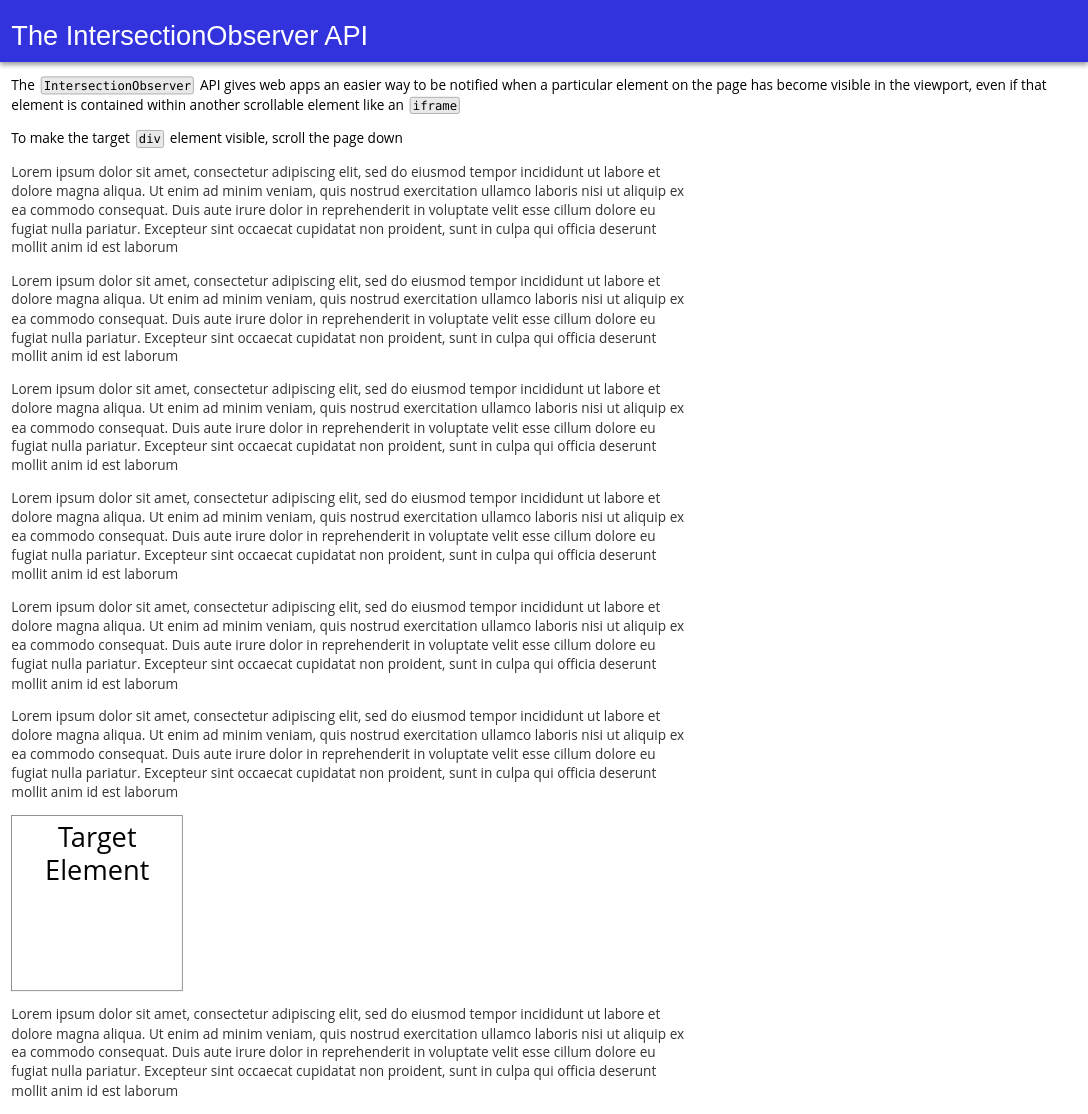
Repository: craig-o-curtis/browser-apis
Page: pages/intersection.html
These files come from the project's save history. The page is drawn as it stood at one moment and after the next save; the edit follows.
The browser window is 1280 px wide. The pictures show the whole page, at 85% of full size.

Above is the page before, as saved 2020-05-14 12:27:02.

### pages/intersection.html
<!doctype html>
<html>
    <head>
        <title>The IntersectionObserver API</title>
        <style type="text/css">
            p {
                line-height: 1.4em;
            }

            #targetElem {
                height: 200px;
                width: 200px;
                text-align: center;
                line-height: 1.2em;
                padding-top: 4pt;
                border: 1px gray solid;
                font-size: 24pt
            }

            .background0 {
                background-color: rgba(0, 0, 255, 0)
            }

            .background50 {
                background-color: rgba(0, 0, 255, 0.5)
            }

            .background100 {
                background-color: rgba(0, 0, 255, 1.0)
            }

            p[class="lorem"] {
                color: rgb(50, 50, 50);
                max-width: 800px;
            }
        </style>
        <link rel="stylesheet" href="./style.css" />
    </head>

    <body>
        <h1>The IntersectionObserver API</h1>
        <div id="content">
            <p>The <code>IntersectionObserver</code> API gives web apps an easier way to be notified when a particular
                element on the page has become visible in the viewport, even if that element is contained within
                another scrollable element like an <code>iframe</code></p>
            <p>To make the target <code>div</code> element visible, scroll the page down</p>
            <p class="lorem">Lorem ipsum dolor sit amet, consectetur adipiscing elit, sed do eiusmod tempor incididunt
                ut labore et
                dolore magna aliqua. Ut enim ad minim veniam, quis nostrud exercitation ullamco laboris nisi ut aliquip
                ex ea commodo consequat. Duis aute irure dolor in reprehenderit in voluptate velit esse cillum dolore
                eu fugiat nulla pariatur. Excepteur sint occaecat cupidatat non proident, sunt in culpa qui officia
                deserunt mollit anim id est laborum</p>
            <p class="lorem">Lorem ipsum dolor sit amet, consectetur adipiscing elit, sed do eiusmod tempor incididunt
                ut labore et
                dolore magna aliqua. Ut enim ad minim veniam, quis nostrud exercitation ullamco laboris nisi ut aliquip
                ex ea commodo consequat. Duis aute irure dolor in reprehenderit in voluptate velit esse cillum dolore
                eu fugiat nulla pariatur. Excepteur sint occaecat cupidatat non proident, sunt in culpa qui officia
                deserunt mollit anim id est laborum</p>
            <p class="lorem">Lorem ipsum dolor sit amet, consectetur adipiscing elit, sed do eiusmod tempor incididunt
                ut labore et
                dolore magna aliqua. Ut enim ad minim veniam, quis nostrud exercitation ullamco laboris nisi ut aliquip
                ex ea commodo consequat. Duis aute irure dolor in reprehenderit in voluptate velit esse cillum dolore
                eu fugiat nulla pariatur. Excepteur sint occaecat cupidatat non proident, sunt in culpa qui officia
                deserunt mollit anim id est laborum</p>
            <p class="lorem">Lorem ipsum dolor sit amet, consectetur adipiscing elit, sed do eiusmod tempor incididunt
                ut labore et
                dolore magna aliqua. Ut enim ad minim veniam, quis nostrud exercitation ullamco laboris nisi ut aliquip
                ex ea commodo consequat. Duis aute irure dolor in reprehenderit in voluptate velit esse cillum dolore
                eu fugiat nulla pariatur. Excepteur sint occaecat cupidatat non proident, sunt in culpa qui officia
                deserunt mollit anim id est laborum</p>
            <p class="lorem">Lorem ipsum dolor sit amet, consectetur adipiscing elit, sed do eiusmod tempor incididunt
                ut labore et
                dolore magna aliqua. Ut enim ad minim veniam, quis nostrud exercitation ullamco laboris nisi ut aliquip
                ex ea commodo consequat. Duis aute irure dolor in reprehenderit in voluptate velit esse cillum dolore
                eu fugiat nulla pariatur. Excepteur sint occaecat cupidatat non proident, sunt in culpa qui officia
                deserunt mollit anim id est laborum</p>
            <p class="lorem">Lorem ipsum dolor sit amet, consectetur adipiscing elit, sed do eiusmod tempor incididunt
                ut labore et
                dolore magna aliqua. Ut enim ad minim veniam, quis nostrud exercitation ullamco laboris nisi ut aliquip
                ex ea commodo consequat. Duis aute irure dolor in reprehenderit in voluptate velit esse cillum dolore
                eu fugiat nulla pariatur. Excepteur sint occaecat cupidatat non proident, sunt in culpa qui officia
                deserunt mollit anim id est laborum</p>

            <!-- This is the element we want to watch for visibility -->
            <div id="targetElem">Target Element</div>

            <p class="lorem">Lorem ipsum dolor sit amet, consectetur adipiscing elit, sed do eiusmod tempor incididunt
                ut labore et
                dolore magna aliqua. Ut enim ad minim veniam, quis nostrud exercitation ullamco laboris nisi ut aliquip
                ex ea commodo consequat. Duis aute irure dolor in reprehenderit in voluptate velit esse cillum dolore
                eu fugiat nulla pariatur. Excepteur sint occaecat cupidatat non proident, sunt in culpa qui officia
                deserunt mollit anim id est laborum</p>
        </div>
        <script>
            window.addEventListener("load", function () {
                // TODO: Create a new Observer
                // arg1 cb invoked when any observed elements enters or leaves the viewport
                // arg2 (optional) options
                const observer = new IntersectionObserver(function(entries) {
                    if (entries[0].intersection < 0.5) {
                        entries[0].target.className = 'background0';
                    }
                    if (entries[0].intersection >= 0.5) {
                        entries[0].target.className = 'background50';
                    }
                    if (entries[0].intersection >= 1.0) {
                        entries[0].target.className = 'background100';
                    }
                }, {
                    threshold: [0, 0.5, 1.0] // trigger when these percentages are visible
                });
                // TODO: Start observing the target element
                observer.observe(document.getElementById('targetElem'))
            })
        </script>
    </body>
</html>

### pages/style.css
/*
** Styles used in the jQuery Essential Training course materials
*/
body {
    font-family: "Open Sans", sans-serif;
    font-size: 12pt;
    margin: 0;
    line-height: 1.2em;
}

body > h1 {
    background-color: #33d;
    color: white;
    font-family: Arial, Helvetica, sans-serif;
    font-weight: 100;
    margin:0;
    padding-left: 10pt;
    padding-right: 10pt;
    padding-top:25pt;
    padding-bottom: 15pt;
    box-shadow: 0px 5px 5px 0px rgba(171,171,171,1);
}

#content {
    margin: 10pt;
}

#example {
    border: 1px solid gray;
    background-color: #b3c8d0;
    font-size:14pt;
    padding-left: 10pt;
    padding-right: 10pt;
    min-height: 200px;
}

.box {
    border: 1px solid gray;
    background-color: #b3c8d0;
    font-size:14pt;
    padding-left: 10pt;
    padding-right: 10pt;
    min-height: 200px;
    width: 300px;
}

.box p {
    margin: 0 1pt 0 2pt
}

.smallbox {
    border: 1px solid gray;
    background-color: #b3c8d0;
    font-size:14pt;
    padding-left: 10pt;
    padding-right: 10pt;
    margin-bottom: 10pt;
    margin-right: 0;
    margin-left: 0;
    min-height: 150px;
    width: 200px;
}

.inline {
    display: inline-block;
}

code {
    background-color: #e8e8e8;
    border: 1px solid #a8a8a8;
    border-radius: 3px;
    padding: 1pt 2pt;
    margin: 2pt;
    font-family: "source-code-pro", Consolas, monospace;
    font-size: .9em;
}

li {
    line-height: 1.3em;
}

button {
    font-size: 14pt;
    margin: 8px;
}

#eventDetails {
    border: 1px solid #aaa;
    margin-top: 8pt;
    padding: 2pt;
}

.lineitem {
    width: 120px;
    display: inline-block
}


canvas {
    border: 2px solid gray;
    margin-left: 5pt;
    margin-right: 5pt;
}

After the next save:
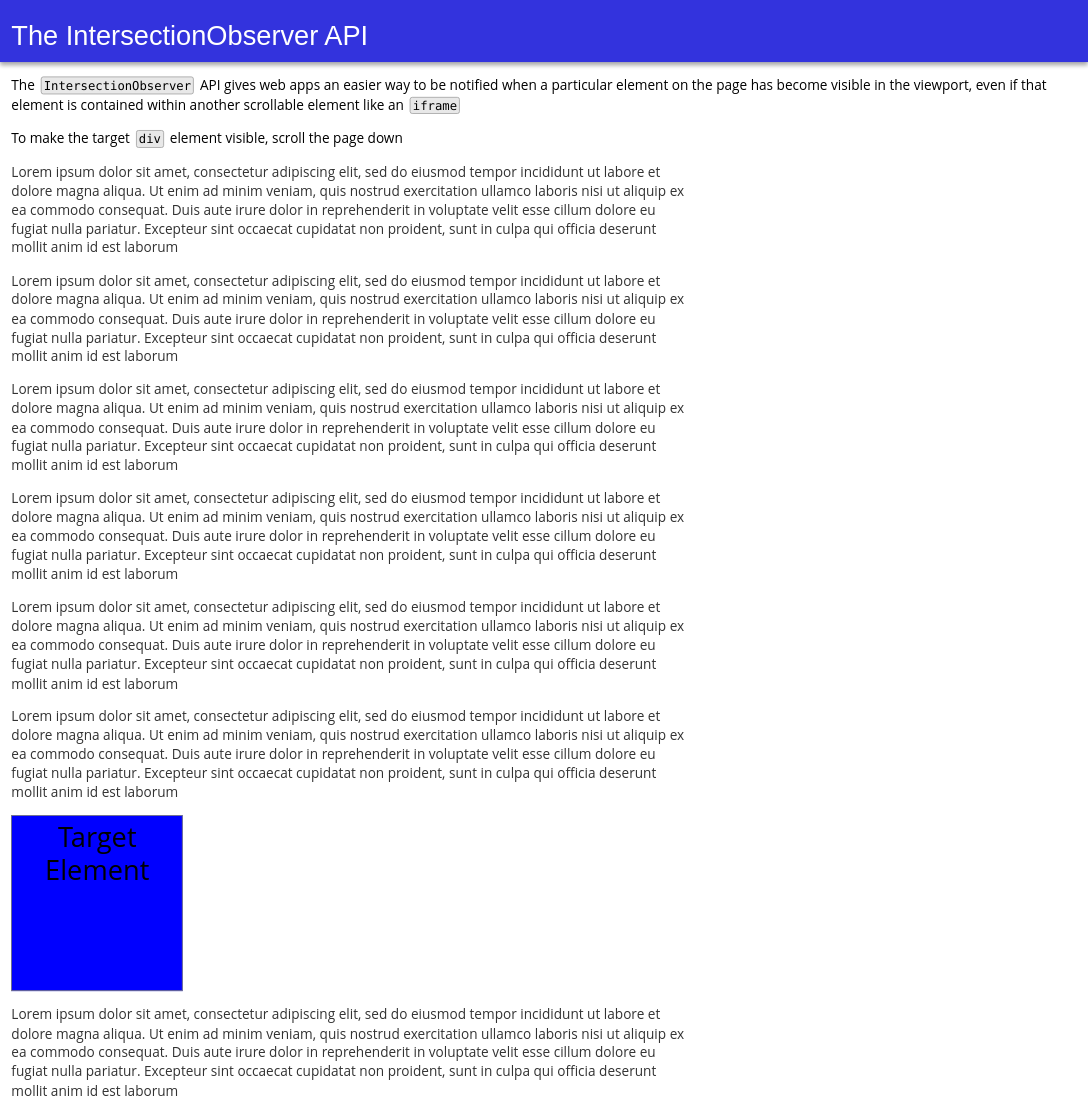
Saved 94 s later.
--- a/pages/intersection.html
+++ b/pages/intersection.html
@@ -92,25 +92,26 @@
                 deserunt mollit anim id est laborum</p>
         </div>
         <script>
-            window.addEventListener("load", function () {
-                // TODO: Create a new Observer
-                // arg1 cb invoked when any observed elements enters or leaves the viewport
-                // arg2 (optional) options
-                const observer = new IntersectionObserver(function(entries) {
-                    if (entries[0].intersection < 0.5) {
-                        entries[0].target.className = 'background0';
+                        window.addEventListener("load", function () {
+                // Create a new Observer
+                var observer = new IntersectionObserver(function (entries) {
+                    // log the callback data to the console output
+                    console.log(entries);
+                    if (entries[0].intersectionRatio < 0.5) {
+                        entries[0].target.className = "background0"
                     }
-                    if (entries[0].intersection >= 0.5) {
-                        entries[0].target.className = 'background50';
+                    if (entries[0].intersectionRatio >= 0.5 && entries[0].intersectionRatio < 1) {
+                        entries[0].target.className = "background50"
                     }
-                    if (entries[0].intersection >= 1.0) {
-                        entries[0].target.className = 'background100';
+                    if (entries[0].intersectionRatio >= 1) {
+                        entries[0].target.className = "background100"
                     }
-                }, {
-                    threshold: [0, 0.5, 1.0] // trigger when these percentages are visible
-                });
-                // TODO: Start observing the target element
-                observer.observe(document.getElementById('targetElem'))
+                },
+                    {
+                        "threshold": [0, 0.5, 1]
+                    });
+                // Start observing the target element
+                observer.observe(document.getElementById("targetElem"))
             })
         </script>
     </body>

After the save that followed:
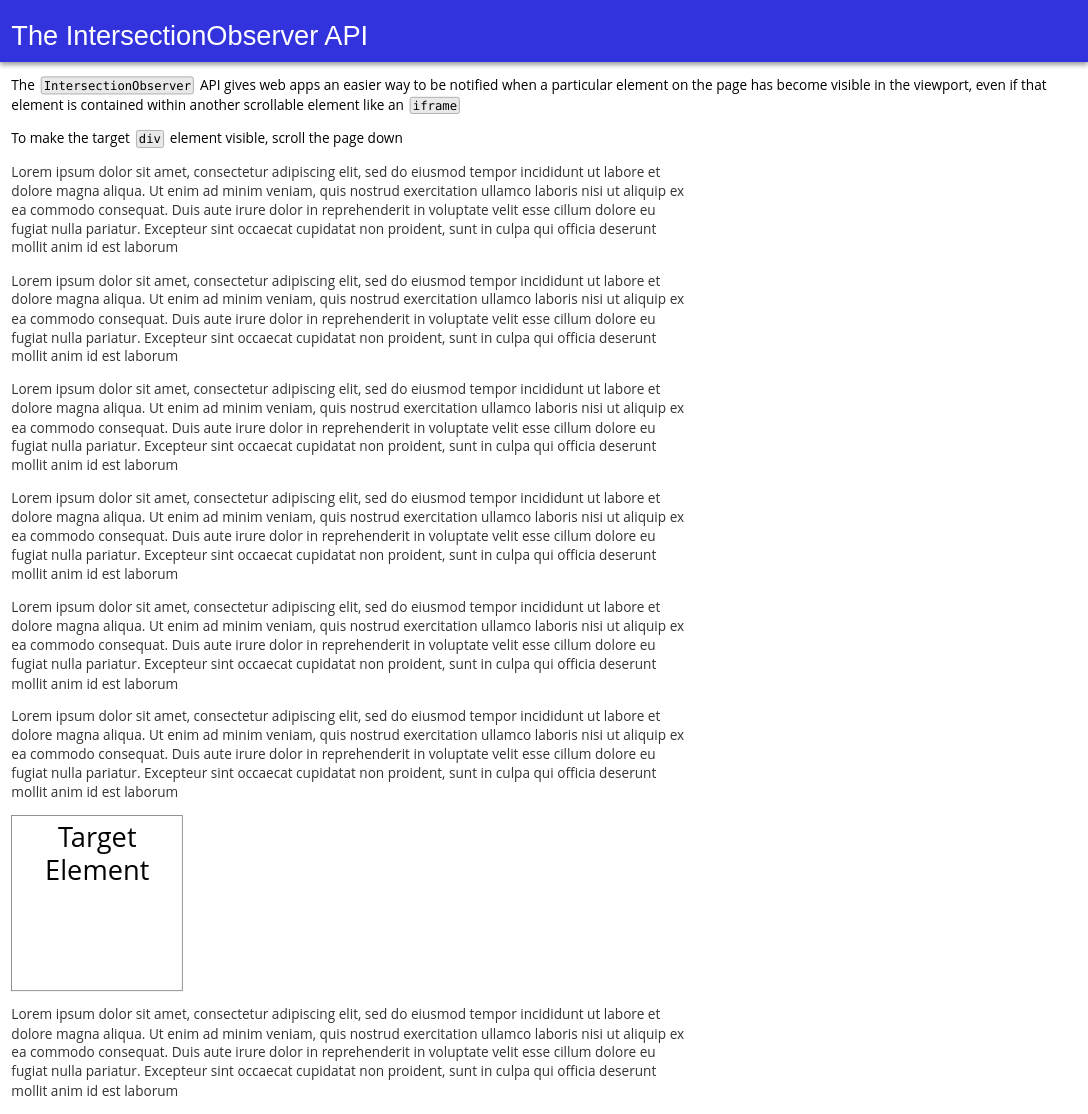
Saved 96 s later.
--- a/pages/intersection.html
+++ b/pages/intersection.html
@@ -92,27 +92,44 @@
                 deserunt mollit anim id est laborum</p>
         </div>
         <script>
-                        window.addEventListener("load", function () {
-                // Create a new Observer
-                var observer = new IntersectionObserver(function (entries) {
-                    // log the callback data to the console output
-                    console.log(entries);
-                    if (entries[0].intersectionRatio < 0.5) {
-                        entries[0].target.className = "background0"
+            window.addEventListener("load", function () {
+                // arg1 cb invoked when any observed elements enters or leaves the viewport
+                // arg2 (optional) options
+                var observer = new IntersectionObserver(function(entries) {
+                    if (entries[0].intersection < 0.5) {
+                        entries[0].target.className = 'background0';
                     }
-                    if (entries[0].intersectionRatio >= 0.5 && entries[0].intersectionRatio < 1) {
-                        entries[0].target.className = "background50"
+                    if (entries[0].intersection >= 0.5) {
+                        entries[0].target.className = 'background50';
                     }
-                    if (entries[0].intersectionRatio >= 1) {
-                        entries[0].target.className = "background100"
+                    if (entries[0].intersection >= 1.0) {
+                        entries[0].target.className = 'background100';
                     }
-                },
-                    {
-                        "threshold": [0, 0.5, 1]
-                    });
-                // Start observing the target element
-                observer.observe(document.getElementById("targetElem"))
+                }, {
+                    threshold: [0, 0.5, 1.0] // trigger when these percentages are visible
+                });
+                // TODO: Start observing the target element
+                observer.observe(document.getElementById('targetElem'))
             })
+
+            // window.addEventListener("load", function () {
+            //     var observer = new IntersectionObserver(function (entries) {
+            //         console.log(entries);
+            //         if (entries[0].intersectionRatio < 0.5) {
+            //             entries[0].target.className = "background0"
+            //         }
+            //         if (entries[0].intersectionRatio >= 0.5 && entries[0].intersectionRatio < 1) {
+            //             entries[0].target.className = "background50"
+            //         }
+            //         if (entries[0].intersectionRatio >= 1) {
+            //             entries[0].target.className = "background100"
+            //         }
+            //     },
+            //         {
+            //             "threshold": [0, 0.5, 1]
+            //         });
+            //     observer.observe(document.getElementById("targetElem"))
+            // })
         </script>
     </body>
 </html>
